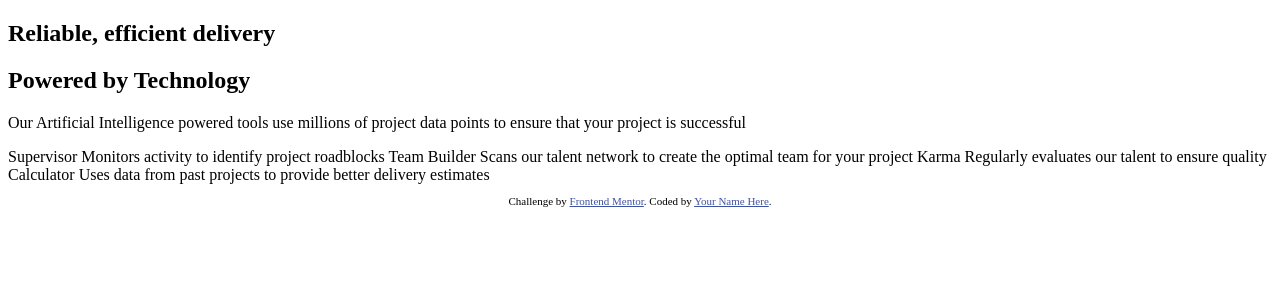
Repository: BuduCE/four-card-feature-section-master
Page: index.html
An editor plug-in stored every save of this project. The page is shown before and after a run of saves, followed by the edit.
The browser window is 1280 px wide. The pictures show the whole page.

Above is the page before, as saved 2023-06-01 21:25:04.

After the next 3 saves:
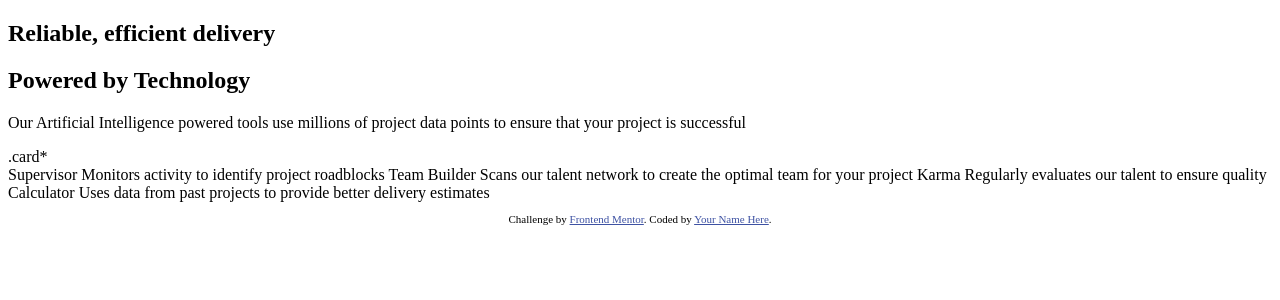
The 3 saves are shown as one change because they came seconds apart.
The last was saved 11 s later.
--- a/index.html
+++ b/index.html
@@ -22,11 +22,7 @@
   to ensure that your project is successful</p>
 
   <div class="product_card">
-    <div class="card">
-
-    </div>
-    <div class="card"></div>
-    <div class="card"></div>
+    .card*
   </div>
 
   Supervisor
